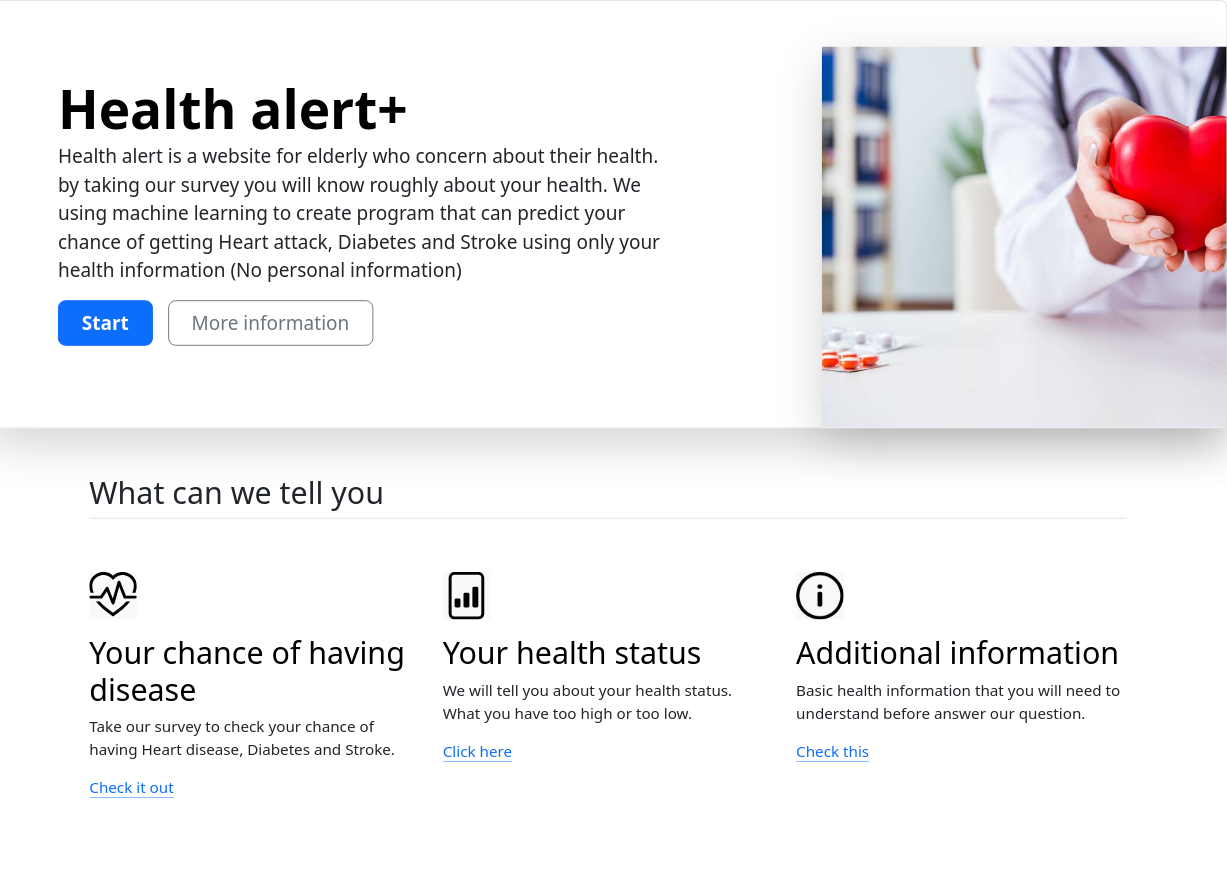
Repository: aneforollll/webapp
Page: http://localhost/index.php
An editor plug-in stored every save of this project. The page is shown before and after the next save, followed by the edit.
The browser window is 1280 px wide. The page is 1292 px wide, so the pictures cover 1292 px, including what lies to the right of the window. The pictures show the whole page, at 95% of full size.
The page is run by PHP 8.4 with error messages shown; the project is at /var/www/html/.

Above is the page before, as saved 2024-01-15 10:30:30.

### index.php

<html lang="en">
  <head>
    <meta charset="utf-8">
    <meta name="viewport" content="width=device-width, initial-scale=1">
    <title>Health alert demo</title>
    <link href="https://cdn.jsdelivr.net/npm/bootstrap@5.3.2/dist/css/bootstrap.min.css" rel="stylesheet" integrity="sha384-T3c6CoIi6uLrA9TneNEoa7RxnatzjcDSCmG1MXxSR1GAsXEV/Dwwykc2MPK8M2HN" crossorigin="anonymous">
  </head>
  <body>


    <div class="row p-4 pb-0 pe-lg-0 pt-lg-5 align-items-center rounded-3 border shadow-lg">
        <div class="col-lg-7 p-3 p-lg-5 pt-lg-3">
          <h1 class="display-4 fw-bold lh-1 text-body-emphasis">Health alert+</h1>
          <p class="lead">Health alert is a website for elderly who concern about their health. by taking our survey you will know roughly about your health.
            We using machine learning to create program that can predict your chance of getting Heart attack, Diabetes and Stroke using only your health information (No personal information) </p>
          <div class="d-grid gap-2 d-md-flex justify-content-md-start mb-4 mb-lg-3">
            <button type="button" class="btn btn-primary btn-lg px-4 me-md-2 fw-bold" onclick="document.location='healthalertform.php'">Start</button>
            <button type="button" class="btn btn-outline-secondary btn-lg px-4" onclick="document.location='FAQ.php'">More information</button>
          </div>
        </div>
        <div class="col-lg-4 offset-lg-1 p-0 overflow-hidden shadow-lg">
            <img class="rounded-lg-3" src="images/heart.jpg" alt="" width="600
            ">
        </div>
      </div>
      <div class="container px-4 py-5" id="featured-3">
        <h2 class="pb-2 border-bottom">What can we tell you</h2>
        <div class="row g-4 py-5 row-cols-1 row-cols-lg-3">
          <div class="feature col">
            <div class="feature-icon d-inline-flex align-items-center justify-content-center text-bg-light bg-gradient fs-2 mb-3">
              <svg xmlns="http://www.w3.org/2000/svg" width="50" height="50" fill="light" class="bi bi-heart-pulse" viewBox="0 0 16 16">
                <path d="m8 2.748-.717-.737C5.6.281 2.514.878 1.4 3.053.918 3.995.78 5.323 1.508 7H.43c-2.128-5.697 4.165-8.83 7.394-5.857.06.055.119.112.176.171a3.12 3.12 0 0 1 .176-.17c3.23-2.974 9.522.159 7.394 5.856h-1.078c.728-1.677.59-3.005.108-3.947C13.486.878 10.4.28 8.717 2.01zM2.212 10h1.315C4.593 11.183 6.05 12.458 8 13.795c1.949-1.337 3.407-2.612 4.473-3.795h1.315c-1.265 1.566-3.14 3.25-5.788 5-2.648-1.75-4.523-3.434-5.788-5Z"/>
                <path d="M10.464 3.314a.5.5 0 0 0-.945.049L7.921 8.956 6.464 5.314a.5.5 0 0 0-.88-.091L3.732 8H.5a.5.5 0 0 0 0 1H4a.5.5 0 0 0 .416-.223l1.473-2.209 1.647 4.118a.5.5 0 0 0 .945-.049l1.598-5.593 1.457 3.642A.5.5 0 0 0 12 9h3.5a.5.5 0 0 0 0-1h-3.162z"/>
              </svg>
            </div>
            <h3 class="fs-2 text-body-emphasis">Your chance of having disease</h3>
            <p>Take our survey to check your chance of having Heart disease, Diabetes and Stroke.</p>
            <a href="healthalertform.php" class="icon-link">
              Check it out
              <svg class="bi"><use xlink:href="#chevron-right"></use></svg>
            </a>
          </div>
          <div class="feature col">
            <div class="feature-icon d-inline-flex align-items-center justify-content-center text-bg-light bg-gradient fs-2 mb-3">
              <svg xmlns="http://www.w3.org/2000/svg" width="50" height="50" fill="light" class="bi bi-file-bar-graph" viewBox="0 0 16 16">
                <path d="M4.5 12a.5.5 0 0 1-.5-.5v-2a.5.5 0 0 1 .5-.5h1a.5.5 0 0 1 .5.5v2a.5.5 0 0 1-.5.5zm3 0a.5.5 0 0 1-.5-.5v-4a.5.5 0 0 1 .5-.5h1a.5.5 0 0 1 .5.5v4a.5.5 0 0 1-.5.5zm3 0a.5.5 0 0 1-.5-.5v-6a.5.5 0 0 1 .5-.5h1a.5.5 0 0 1 .5.5v6a.5.5 0 0 1-.5.5z"/>
                <path d="M4 0a2 2 0 0 0-2 2v12a2 2 0 0 0 2 2h8a2 2 0 0 0 2-2V2a2 2 0 0 0-2-2zm0 1h8a1 1 0 0 1 1 1v12a1 1 0 0 1-1 1H4a1 1 0 0 1-1-1V2a1 1 0 0 1 1-1"/>
              </svg>
            </div>
            <h3 class="fs-2 text-body-emphasis">Your health status</h3>
            <p>We will tell you about your health status. What you have too high or too low.</p>
            <a href="dashboard.php" class="icon-link">
              Click here
              <svg class="bi"><use xlink:href="#chevron-right"></use></svg>
            </a>
          </div>
          <div class="feature col">
            <div class="feature-icon d-inline-flex align-items-center justify-content-center text-bg-light bg-gradient fs-2 mb-3">
              <img class="rounded" src="images/info.png" width="50" height="50" fill="light" >
            </div>
            <h3 class="fs-2 text-body-emphasis">Additional information</h3>
            <p>Basic health information that you will need to understand before answer our question.</p>
            <a href="FAQ.php" class="icon-link">
              Check this
              <svg class="bi"><use xlink:href="#chevron-right"></use></svg>
              <script src="https://cdn.jsdelivr.net/npm/bootstrap@5.3.2/dist/js/bootstrap.bundle.min.js" integrity="sha384-C6RzsynM9kWDrMNeT87bh95OGNyZPhcTNXj1NW7RuBCsyN/o0jlpcV8Qyq46cDfL" crossorigin="anonymous"></script>
            </a>
          </div>
        </div>
      </div>




  </body>
</html>

After the next save:
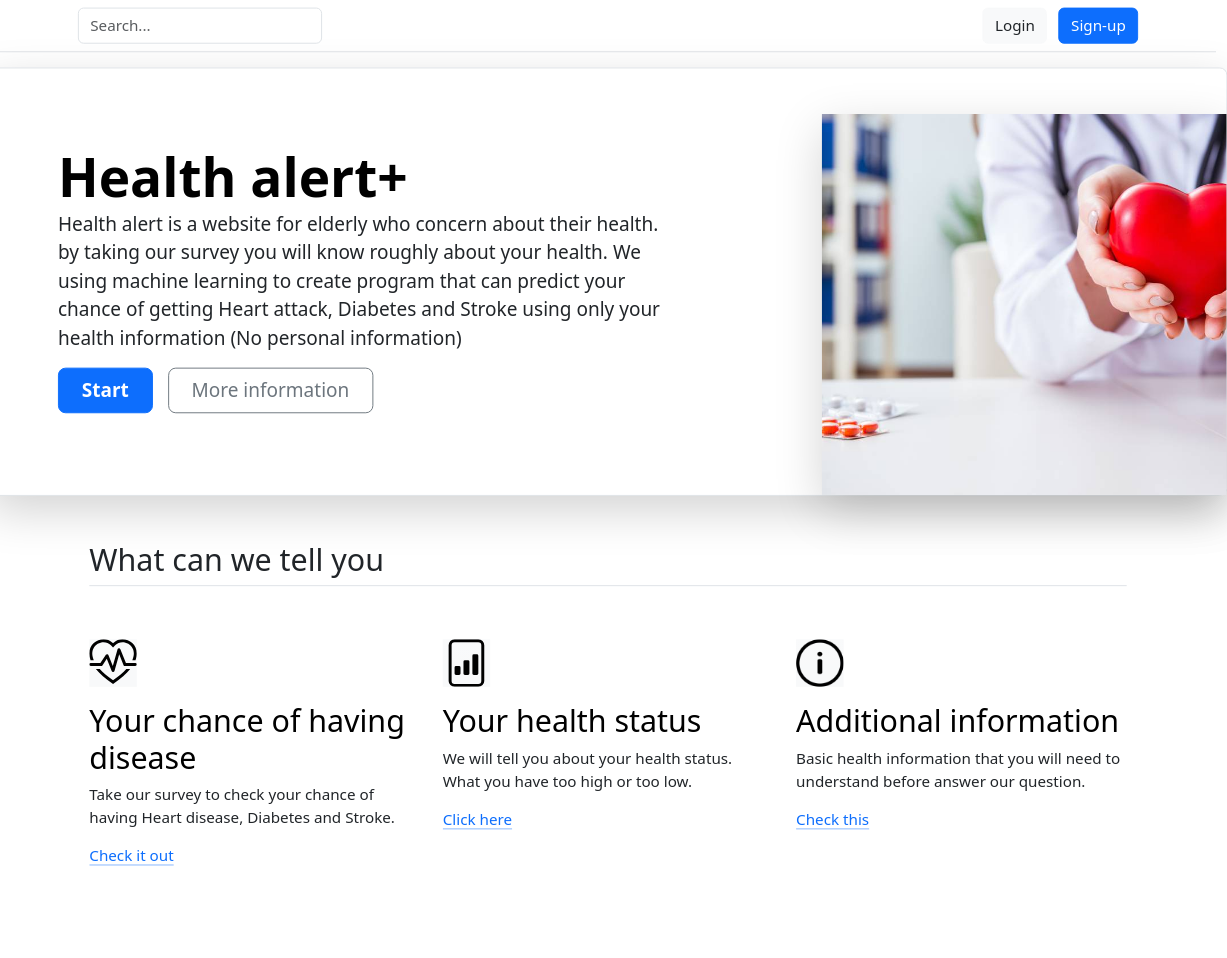
Saved 3 min 45 s later.
--- a/index.php
+++ b/index.php
@@ -8,7 +8,18 @@
   </head>
   <body>
 
+  <div class="px-3 py-2 border-bottom mb-3">
+      <div class="container d-flex flex-wrap justify-content-center">
+        <form class="col-12 col-lg-auto mb-2 mb-lg-0 me-lg-auto">
+          <input type="search" class="form-control" placeholder="Search..." aria-label="Search">
+        </form>
 
+        <div class="text-end">
+          <button type="button" class="btn btn-light text-dark me-2">Login</button>
+          <button type="button" class="btn btn-primary">Sign-up</button>
+        </div>
+      </div>
+    </div>
     <div class="row p-4 pb-0 pe-lg-0 pt-lg-5 align-items-center rounded-3 border shadow-lg">
         <div class="col-lg-7 p-3 p-lg-5 pt-lg-3">
           <h1 class="display-4 fw-bold lh-1 text-body-emphasis">Health alert+</h1>
